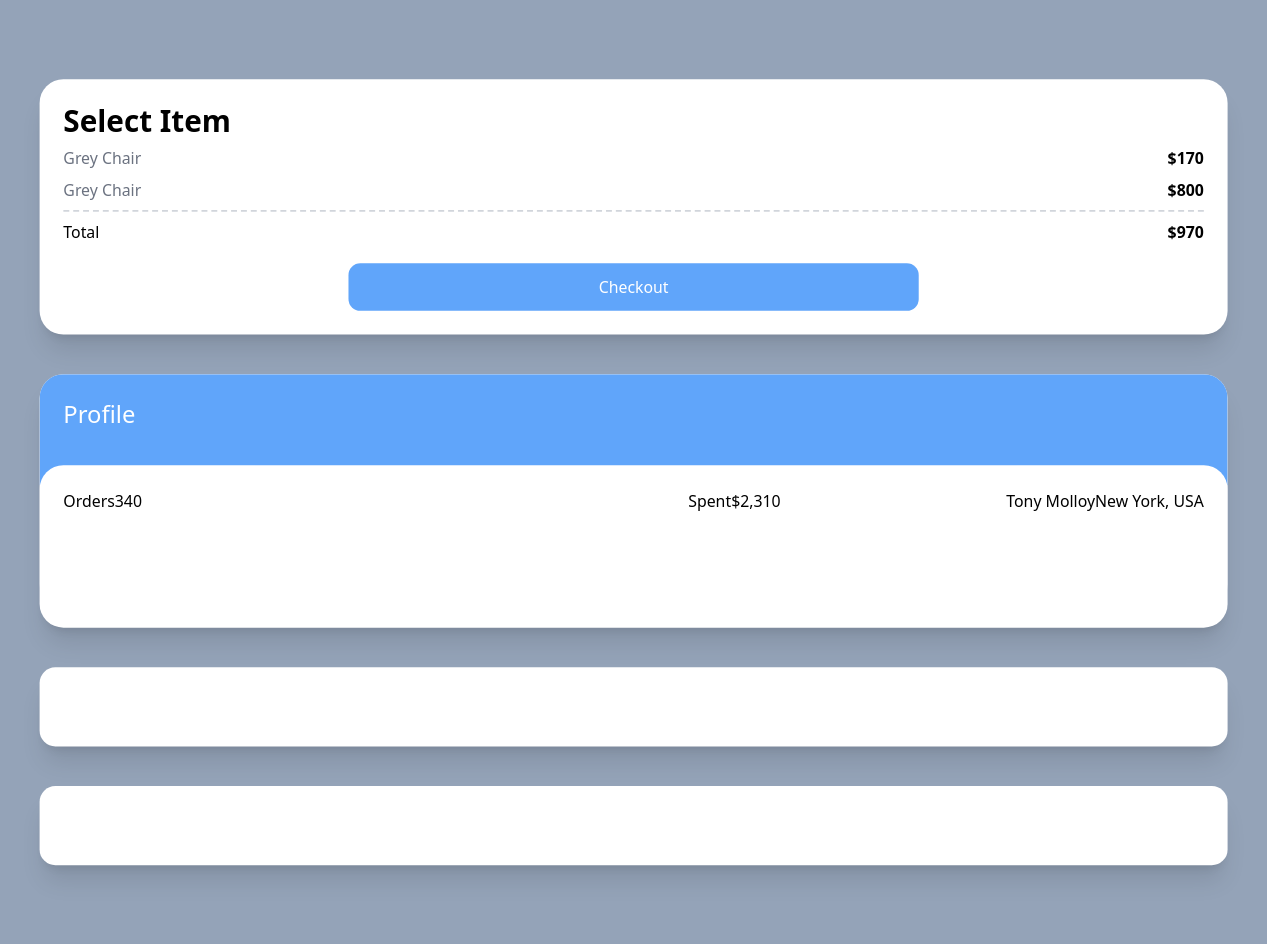
Repository: pjk0007/nextjs-carrot-marcket
Page: /
An editor plug-in stored every save of this project. The page is shown before and after the next save, followed by the edit.
The browser window is 1280 px wide. The pictures show the whole page, at 99% of full size.
The project was rebuilt for these pictures with package versions that can differ from the ones it lists, and the page was loaded fresh each time. The framework's server and built-in components were replaced by stand-ins that run in the browser. Also part of the build but not shown: next.config.js.

Above is the page before, as saved 2022-04-30 13:11:44.

After the next save:
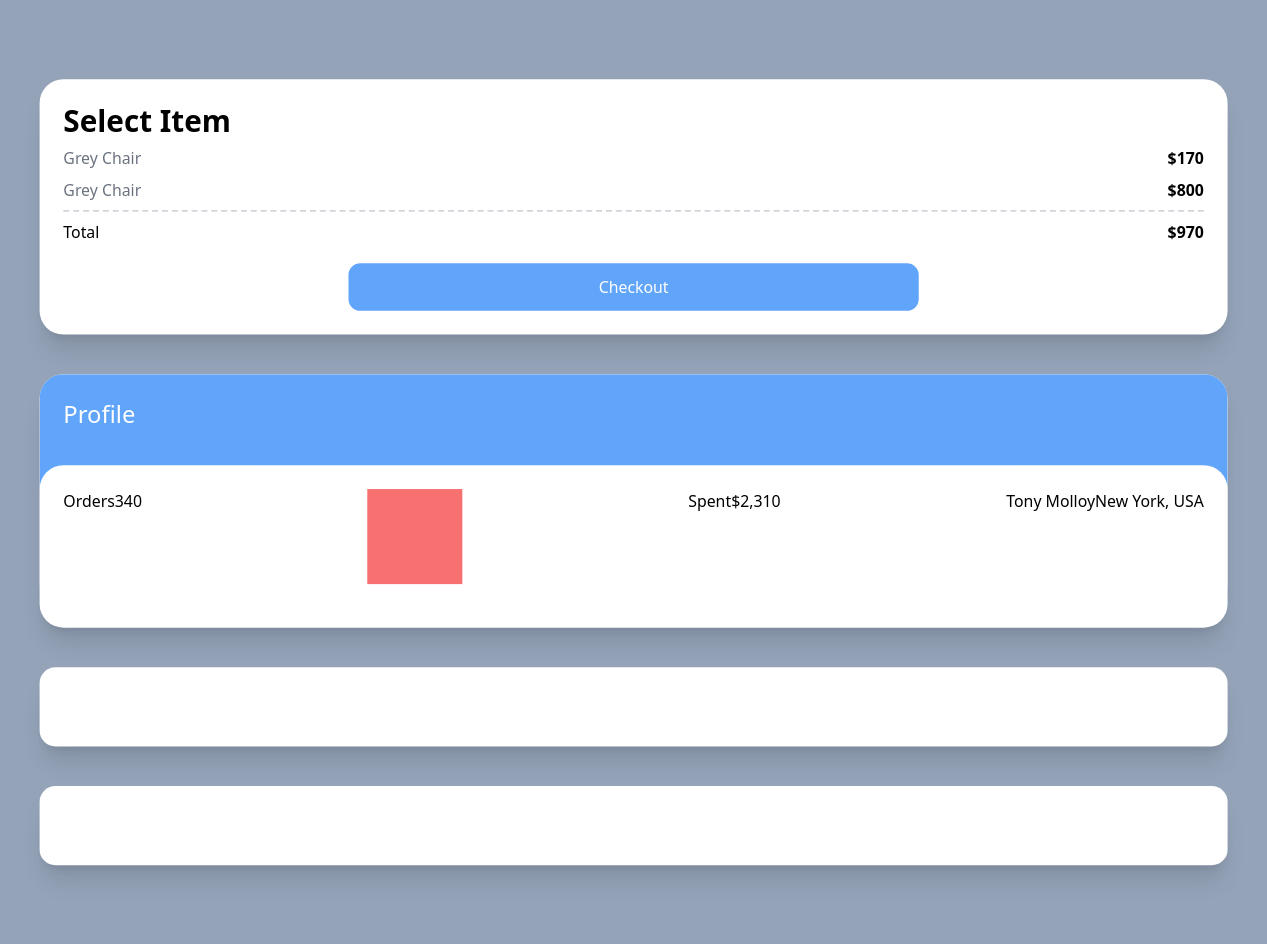
Saved 9 s later.
--- a/pages/index.tsx
+++ b/pages/index.tsx
@@ -29,7 +29,7 @@ const Home: NextPage = () => {
               <span>Orders</span>
               <span>340</span>
             </div>
-            <div className='h-24 w-24'/>
+            <div className='h-24 w-24 bg-red-400'/>
             <div>
               <span>Spent</span>
               <span>$2,310</span>
